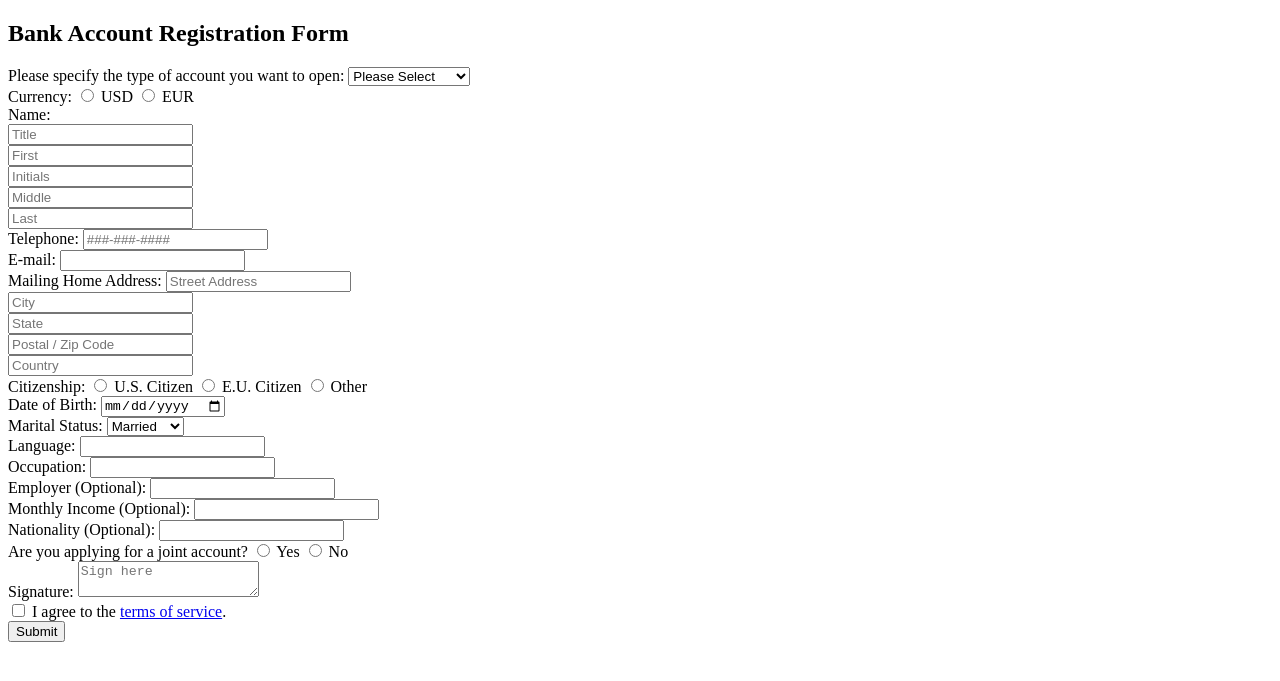
Repository: hizeetech/First-Assignment
Page: sign_up.html
These files come from the project's save history. The page is drawn as it stood at one moment and after a run of saves; the edit follows.
The browser window is 1280 px wide. The pictures show the whole page.

Above is the page before, as saved 2024-11-09 01:48:58.

After the next 2 saves:
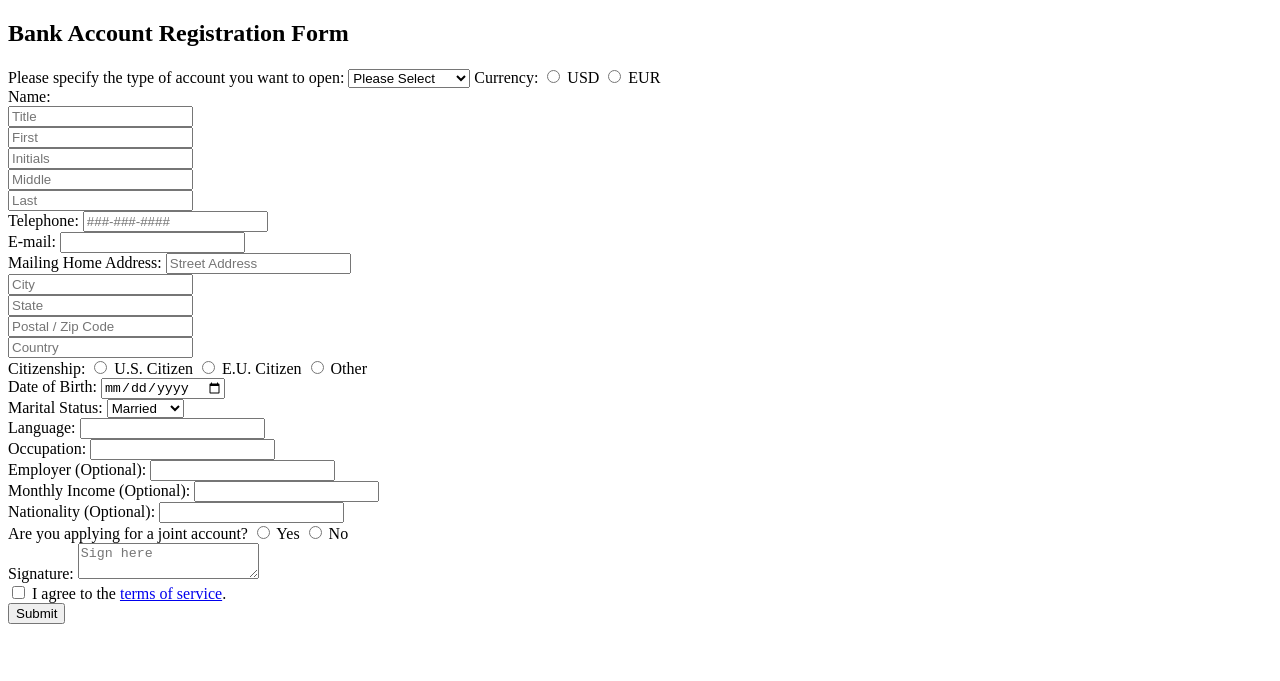
The 2 saves are shown as one change because they came seconds apart.
The last was saved 47 s later.
--- a/sign_up.html
+++ b/sign_up.html
@@ -19,8 +19,6 @@
             </select>
         </div>
 
-        <!-- Currency -->
-        <div class="form-group currency">
             <label>Currency:</label>
             <label><input type="radio" name="currency" value="USD" required> USD</label>
             <label><input type="radio" name="currency" value="EUR"> EUR</label>
